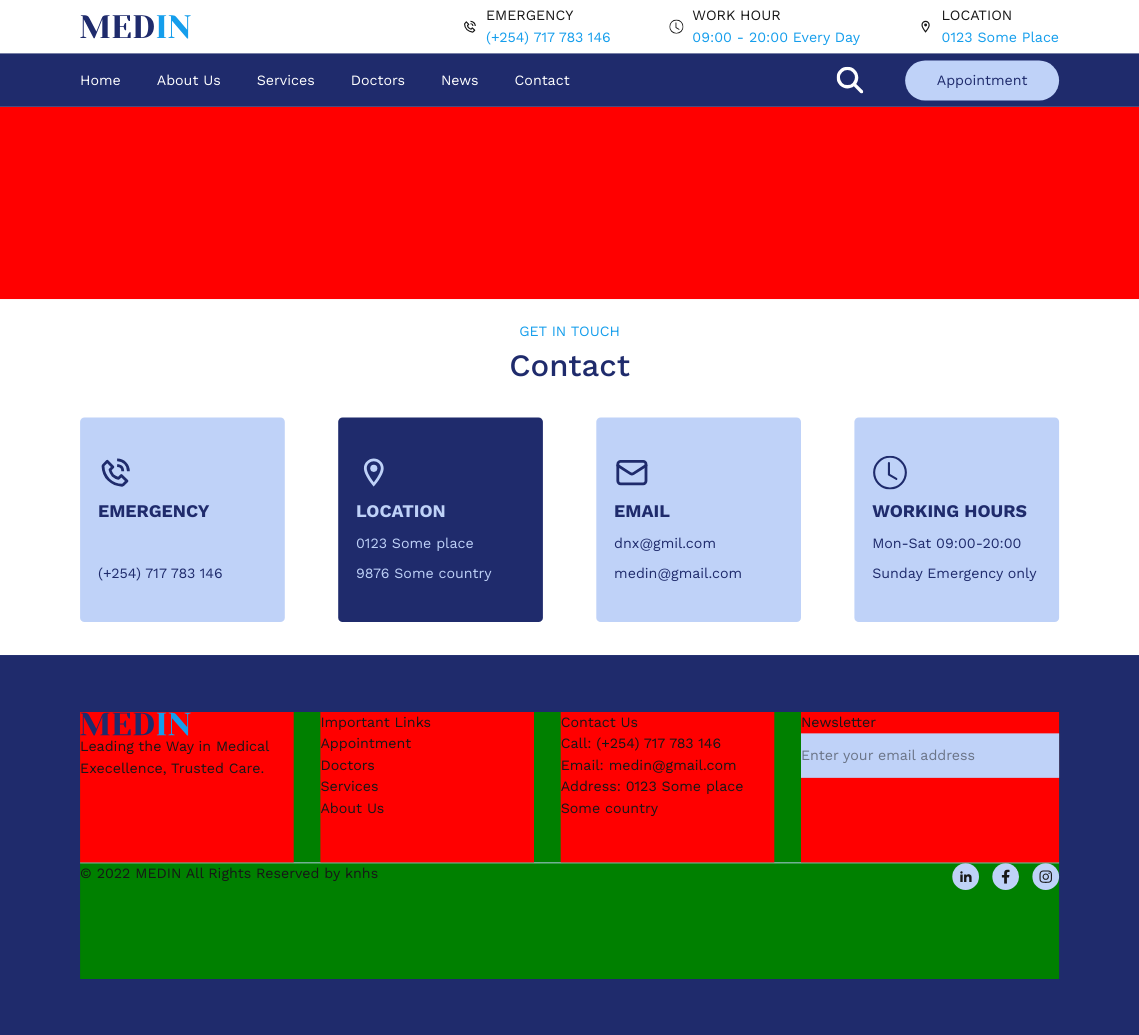
Repository: SynHK3/Poc_Hospital
Page: /appointment (app in fe_hospital/)
The author's editor kept a copy of each file at every save. The page is drawn from the files as they stood at one save, then again after the next save.
The browser window is 1280 px wide. The pictures show the whole page, at 89% of full size.
The project was rebuilt for these pictures with package versions that can differ from the ones it lists, and the page was loaded fresh each time. The framework's server and built-in components were replaced by stand-ins that run in the browser. Also part of the build but not shown: fe_hospital/next.config.ts.

Above is the page before, as saved 2025-09-02 16:55:15.

After the next save:
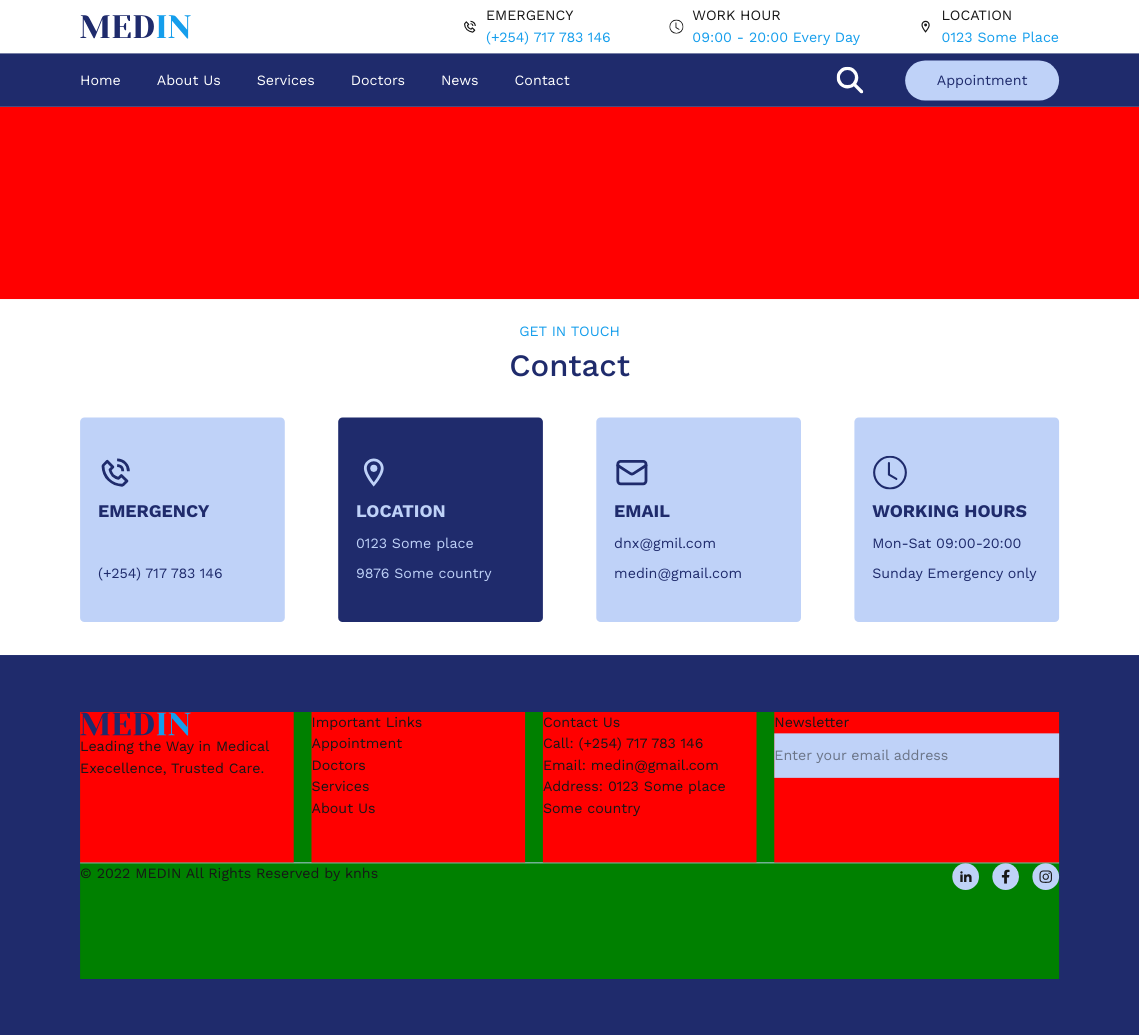
Saved 4 s later.
--- a/fe_hospital/src/components/footer/footer.css
+++ b/fe_hospital/src/components/footer/footer.css
@@ -27,7 +27,7 @@
 }
 
 .list__footer--item > li:last-child {
-  width: 290px;
+  width: 320px;
 }
 
 .headline__footer {
